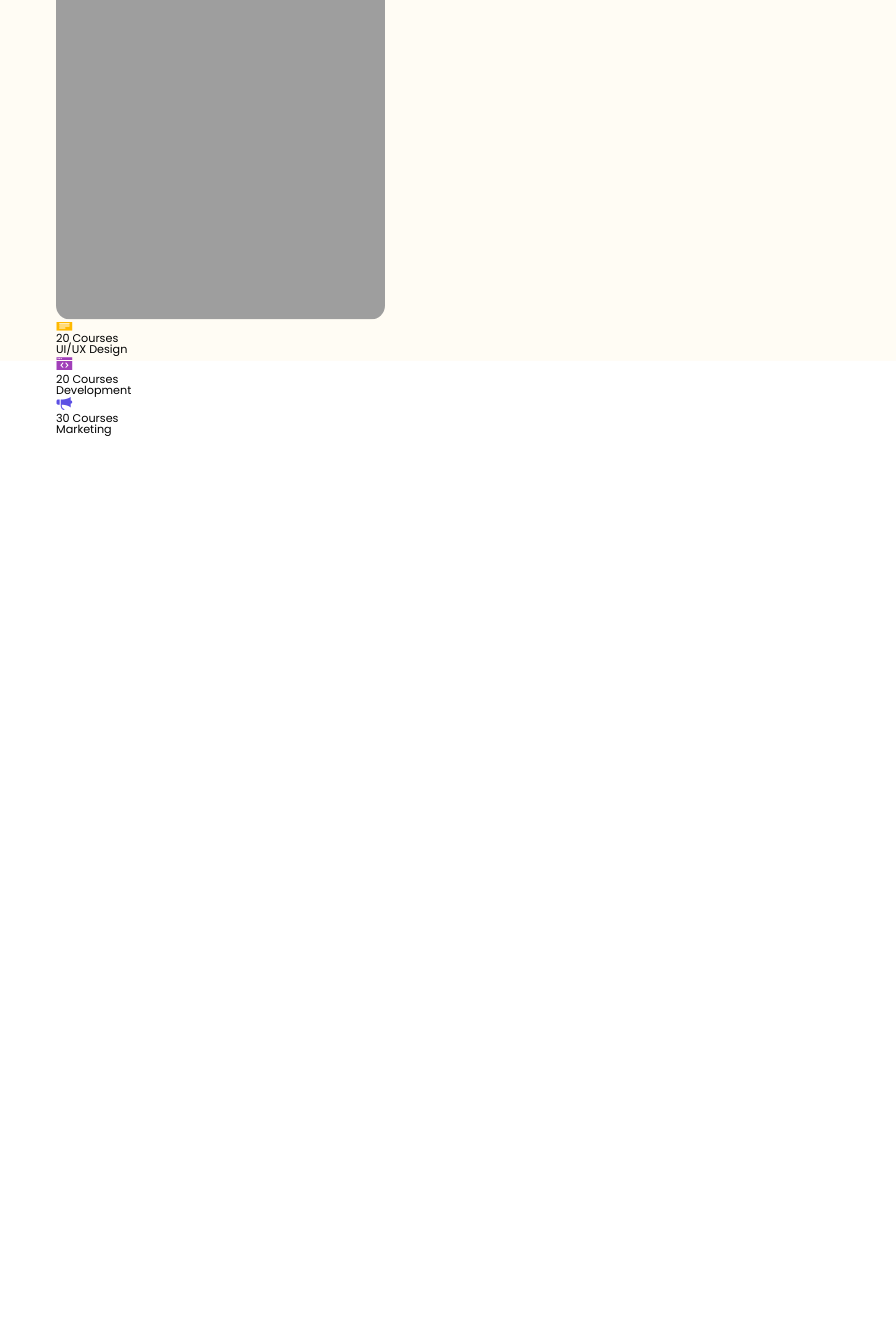
Repository: dovanlanh/f8-project-02
Page: index.html
These files come from the project's save history. The page is drawn as it stood at one moment and after the next save; the edit follows.
The browser window is 1280 px wide. The pictures show the part of the page from y = 378 to 2278 px (the page is 10000 px tall), at 70% of full size.
Pictures or frames that could not be fetched are drawn as grey boxes.

Above is the page before, as saved 2023-02-05 10:32:05.

After the next save:
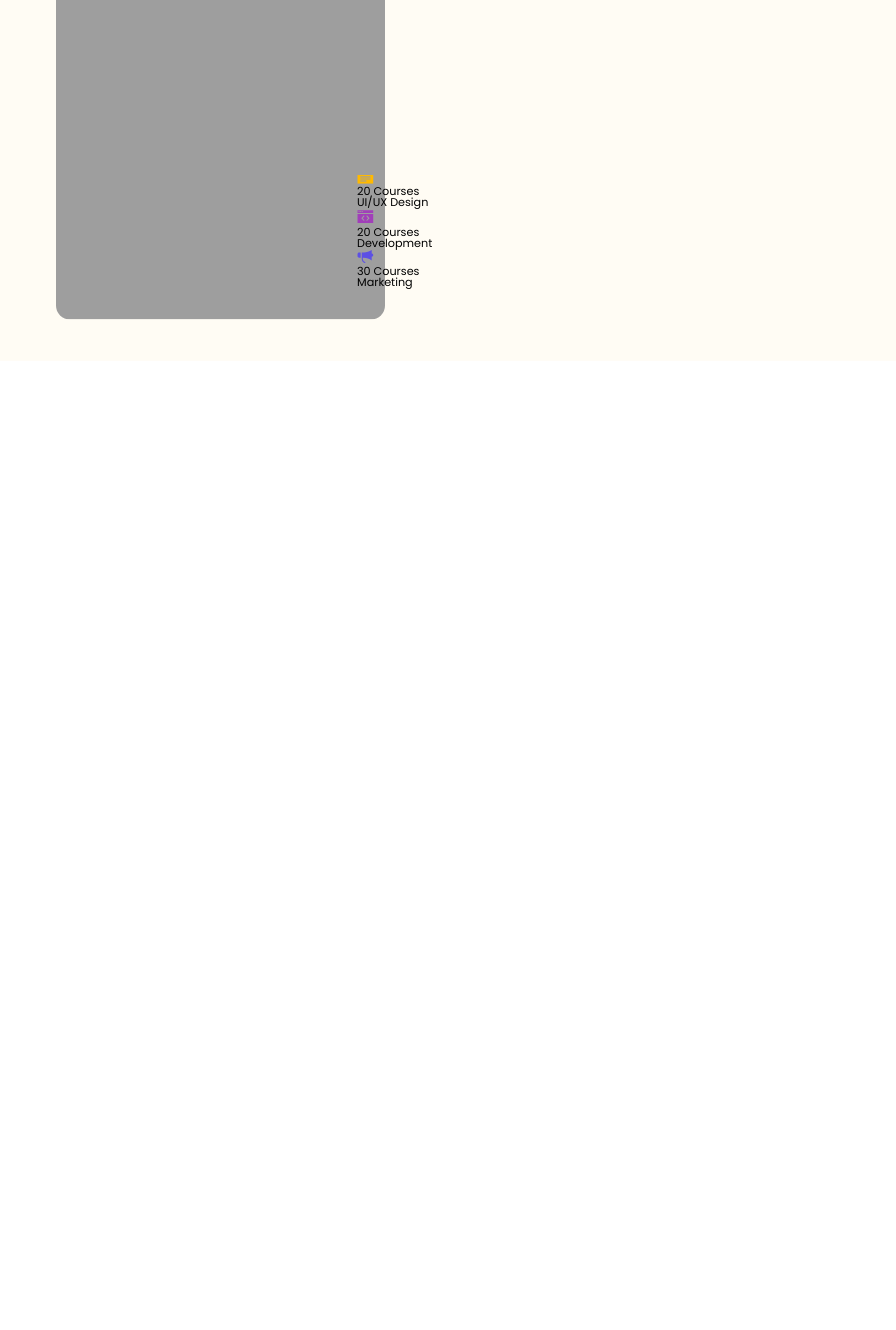
Saved 28 s later.
--- a/assets/css/styles.css
+++ b/assets/css/styles.css
@@ -113,4 +113,6 @@ a {
 }
 .hero .media-block .hero-summary {
     position: absolute;
+    right: 0;
+    bottom: 48px;
 }
